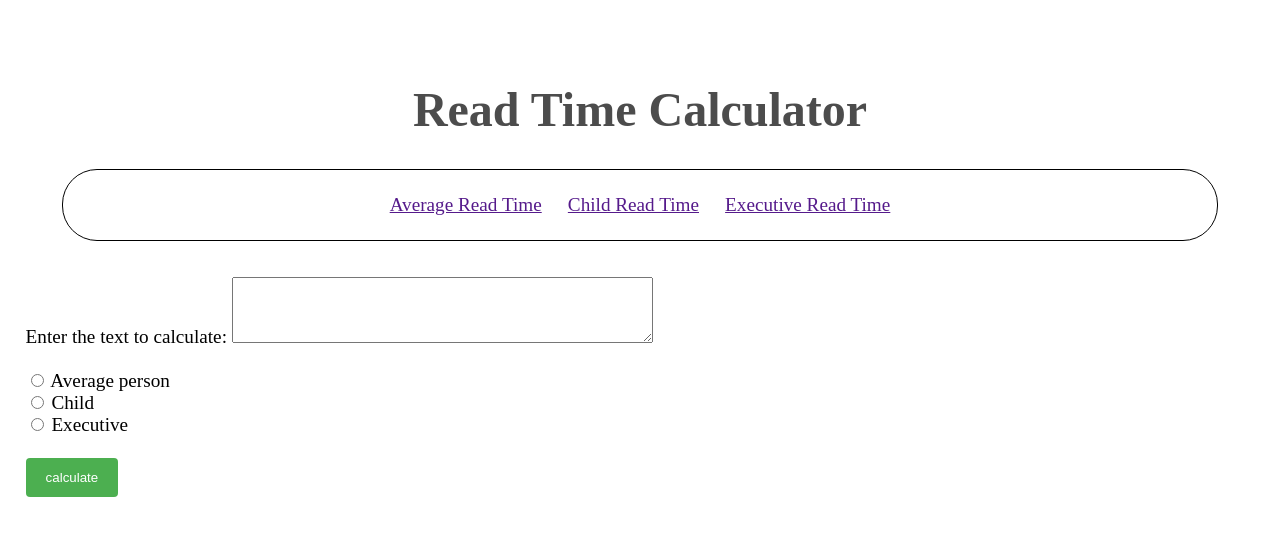
Repository: Full-Creative/Projects
Page: ReadTimeCalculator/src/main/webapp/index.html
The author's editor kept a copy of each file at every save. The page is drawn from the files as they stood at one save, then again after the next save.
The browser window is 1280 px wide. The pictures show the whole page.

Above is the page before, as saved 2020-11-18 11:03:26.

### ReadTimeCalculator/src/main/webapp/index.html
<!DOCTYPE html>
<html xmlns="http://www.w3.org/1999/xhtml" lang="en">
<head>
    <meta http-equiv="content-type" content="application/xhtml+xml; charset=UTF-8" />
    <title>Read Time Calculator</title>
    <link rel="stylesheet" href="mystyle.css">

</head>
<body>

<header>
	<h1>Read Time Calculator</h1>
    <nav>
		<a href="">Average Read Time</a>
        <a href="">Child Read Time</a>
		<a href="">Executive Read Time</a>
	</nav>
  </header>
  <section class="userInput">
     <!--  <form action="/result" method="post" id="calculator">-->
        <label for="data">Enter the text to calculate:</label>
        <textarea id="data" name="data" rows="4" cols="50"></textarea>
        <br><br>
        <div id="types">
        <input type="radio" id="average" name="type" value="average">
		<label for="type">Average person</label><br>
		<input type="radio" id="child" name="type" value="child">
		<label for="type">Child</label><br>
		<input type="radio" id="executive" name="type" value="executive">
		<label for="type">Executive</label>
		</div>
		<br>
        <input type="submit" value="calculate" id="calculate" >
        <br><br>
        <div id="readTime"></div>
      <!-- </form>-->
  </section>
 <!--   <script src="http://code.jquery.com/jquery-latest.min.js"></script>-->
   <script src="script.js"></script>
</body>

</html>

### ReadTimeCalculator/src/main/webapp/mystyle.css
body {
	margin: 1%;
	padding: 1%;
	font-size: 100%;
}

header, footer {
	padding: 1%;
	margin: 1%;
}

header h1 {
	font-size: 3rem;
	color: rgba(0, 0, 0, .7);
	text-align: center;
}

nav {
	display: block;
	background-color: white;
	border: 1px solid black;
	text-align: center;
	border-radius: 35px;
	text-decoration: none;
	padding: 2%;
	margin: 1%;
}

nav a {
	padding: 1%;
	font-size: 1.2em;
}

.userInput {
	font-size: 1.2em;
}

.userInput a {
	padding: 1%;
}
.userInput #calculate {
  background-color: #4CAF50;
  color: white;
  padding: 12px 20px;
  border: none;
  border-radius: 4px;
  cursor: pointer;
  float: left;
}

### ReadTimeCalculator/src/main/webapp/script.js
var element = document.querySelector('#calculate');

element.addEventListener("click", function(e) {
    onChangeSubmitCallWebServiceAJAX();
}, false);
function onChangeSubmitCallWebServiceAJAX() {
	xhr = new XMLHttpRequest();
	xhr.open('POST', 'time');
	xhr.setRequestHeader('Content-Type', 'application/json');
	xhr.onload = function() {
		if (xhr.status === 200 && xhr.readyState == 4) {
			document.getElementById('readTime').innerHTML = 'The read time of ' + JSON.parse(xhr.responseText).type + ' is ' + JSON.parse(xhr.responseText).minutes + ' minutes';
		}
		else if (xhr.status !== 200) {
			alert('Request failed.  Returned status of ' + xhr.status);
		}
	};
	var data = document.getElementById("data").value;
	var type = document.querySelector('input[name="type"]:checked').value;
	xhr.send(JSON.stringify({
		text: data,
		type: type
	}));
}

After the next save:
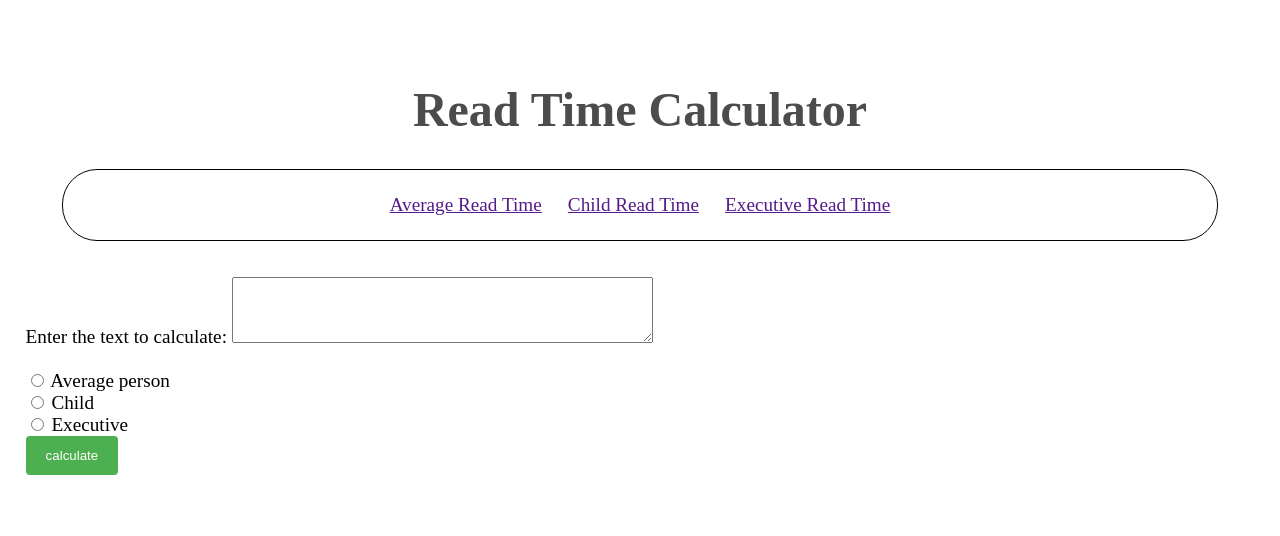
Saved 38 s later.
--- a/ReadTimeCalculator/src/main/webapp/index.html
+++ b/ReadTimeCalculator/src/main/webapp/index.html
@@ -21,14 +21,12 @@
         <label for="data">Enter the text to calculate:</label>
         <textarea id="data" name="data" rows="4" cols="50"></textarea>
         <br><br>
-        <div id="types">
         <input type="radio" id="average" name="type" value="average">
 		<label for="type">Average person</label><br>
 		<input type="radio" id="child" name="type" value="child">
 		<label for="type">Child</label><br>
 		<input type="radio" id="executive" name="type" value="executive">
 		<label for="type">Executive</label>
-		</div>
 		<br>
         <input type="submit" value="calculate" id="calculate" >
         <br><br>

After the save that followed:
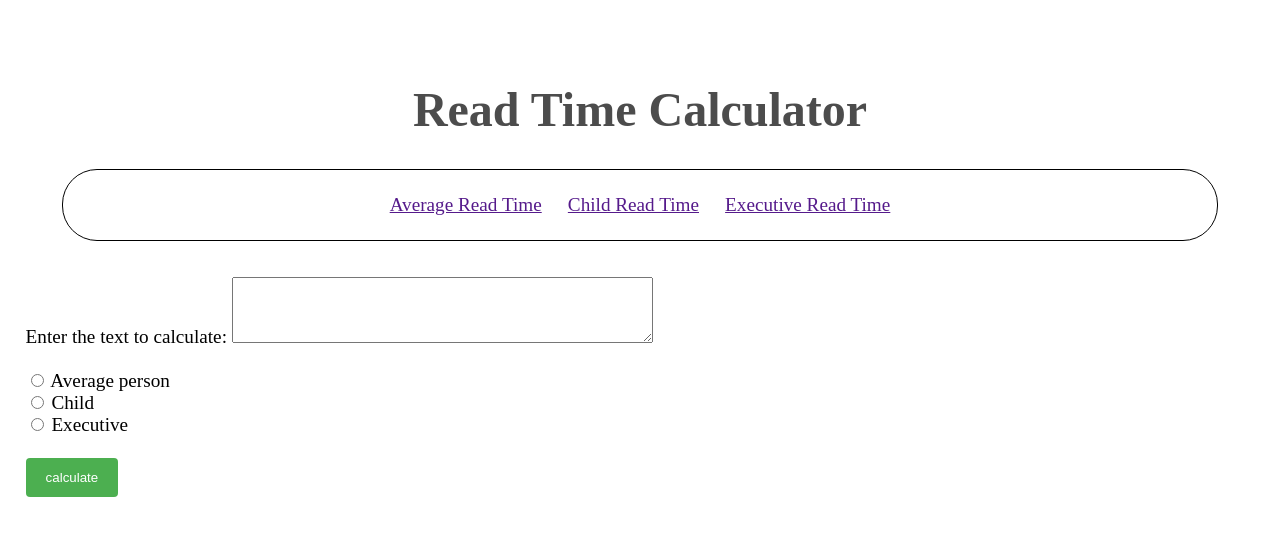
Saved 20 s later.
--- a/ReadTimeCalculator/src/main/webapp/index.html
+++ b/ReadTimeCalculator/src/main/webapp/index.html
@@ -27,7 +27,7 @@
 		<label for="type">Child</label><br>
 		<input type="radio" id="executive" name="type" value="executive">
 		<label for="type">Executive</label>
-		<br>
+		<br><br>
         <input type="submit" value="calculate" id="calculate" >
         <br><br>
         <div id="readTime"></div>
